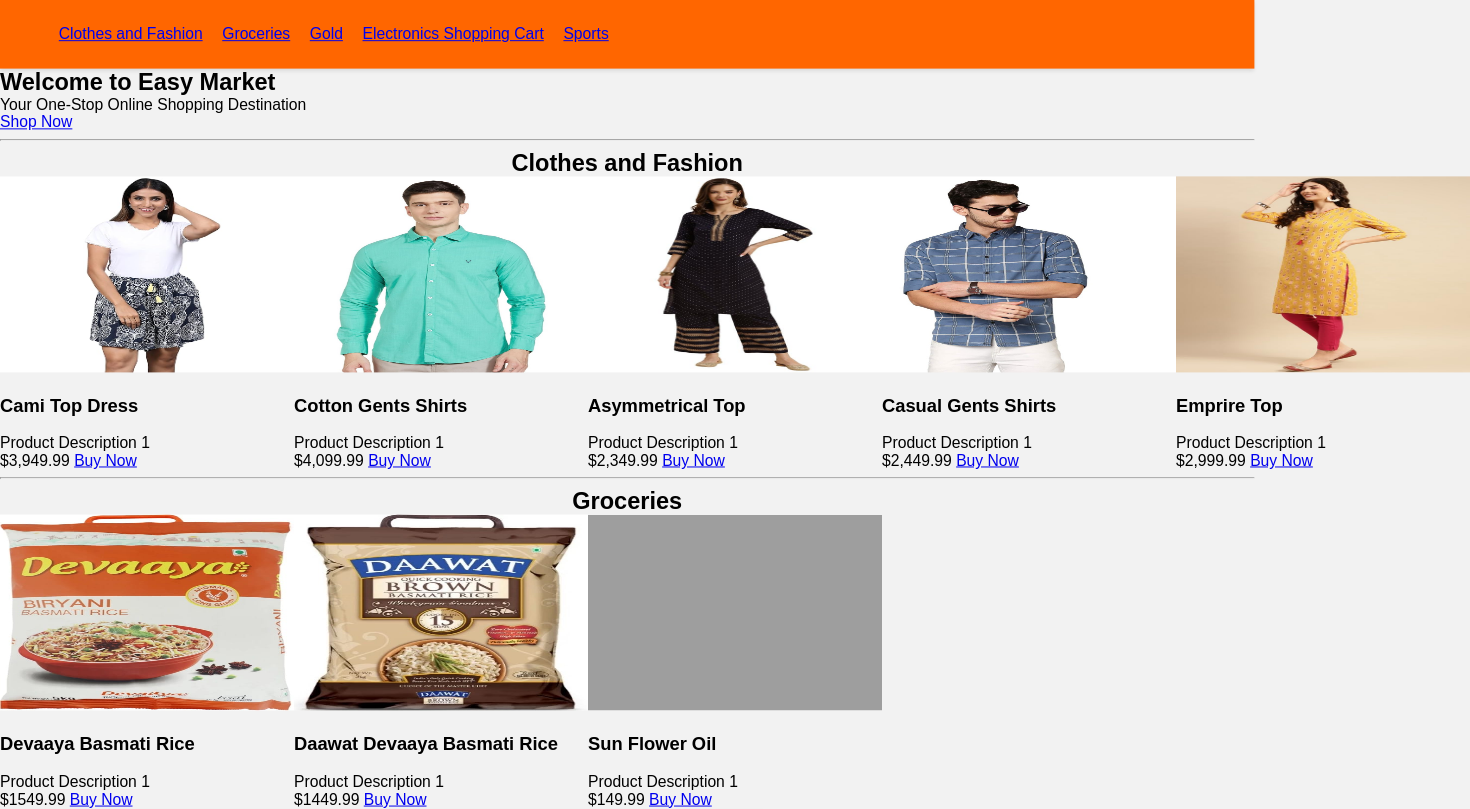
Repository: Maheshbabur789/BookStore
Page: http://localhost/OnlineMarketing/ownWeb.jsp
These files come from the project's save history. The page is drawn as it stood at one moment and after the next save; the edit follows.
The browser window is 1280 px wide. The page is 1500 px wide, so the pictures cover 1500 px, including what lies to the right of the window. The pictures show the whole page, at 98% of full size.
Pictures or frames that could not be fetched are drawn as grey boxes. The page is served by Tomcat 9.

Above is the page before, as saved 2024-11-07 12:45:23.

After the next save:
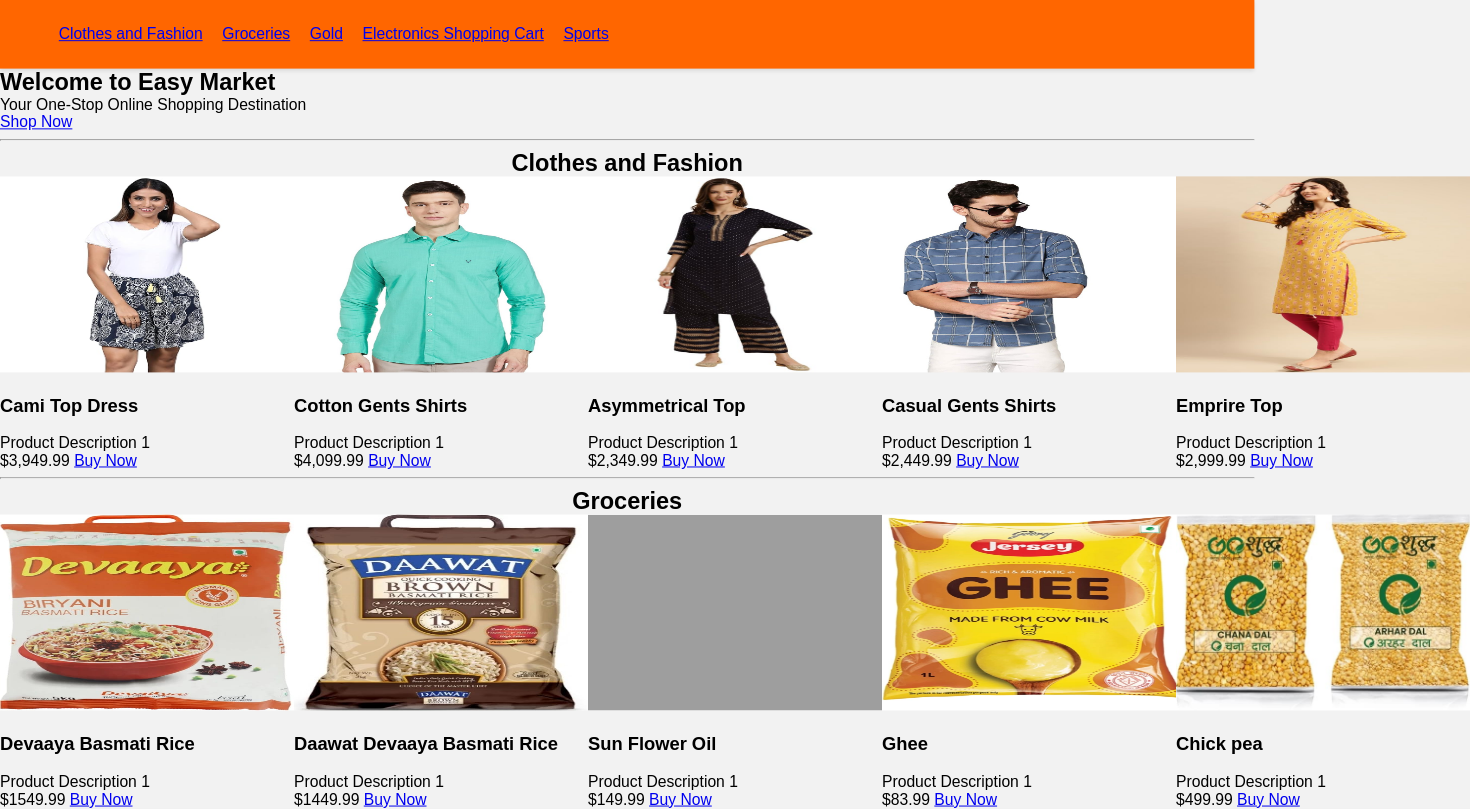
Saved 85 s later.
--- a/MyLabs/OnlineMarketing/src/main/webapp/ownWeb.jsp
+++ b/MyLabs/OnlineMarketing/src/main/webapp/ownWeb.jsp
@@ -147,5 +147,19 @@
 			    <span class="price">$149.99</span>
 			    <a href="http://localhost/php-practice/praveen/site/amazon_form.php" class="add-to-cart">Buy Now</a>
 			</div>
+			<div class="product-card highlights">
+			    <img src="WhatsApp Image 2023-10-12 at 12.20.50_c18f54da.jpg" alt="Product 1" width="300" height="200">
+			    <h3>Ghee</h3>
+			    <p>Product Description 1</p>
+			    <span class="price">$83.99</span>
+			    <a href="http://localhost/php-practice/praveen/site/amazon_form.php" class="add-to-cart">Buy Now</a>
+			</div>
+			<div class="product-card highlights">
+			    <img src="WhatsApp Image 2023-10-12 at 12.20.51_60fa72fc.jpg" alt="Product 1" width="300" height="200" >
+			    <h3>Chick pea</h3>
+			    <p>Product Description 1</p>
+			    <span class="price">$499.99</span>
+			    <a href="http://localhost/php-practice/praveen/site/flipkart_form.php" class="add-to-cart">Buy Now</a>
+			</div>
 </body>
 </html>
